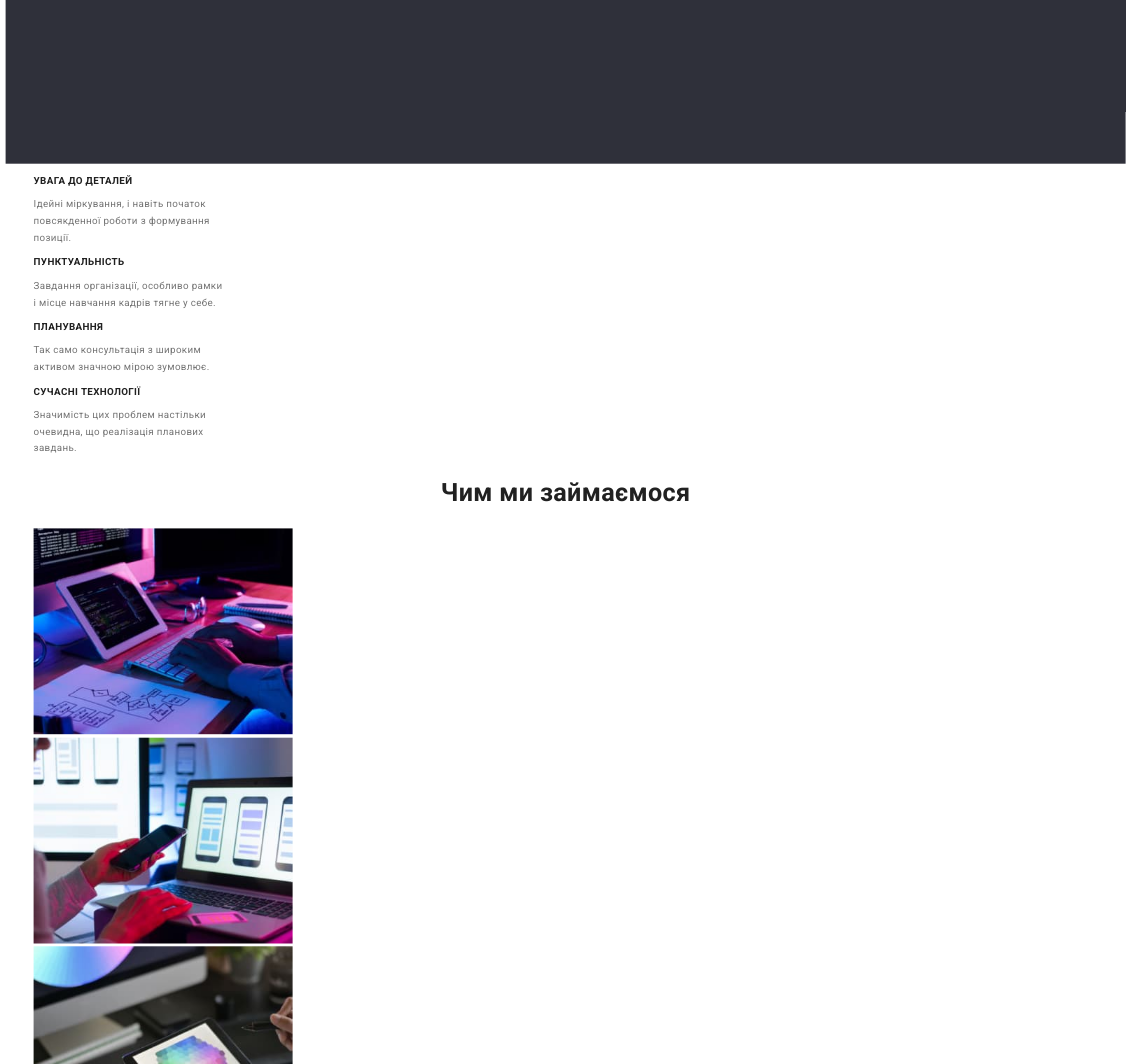
Repository: Mariia2811/goit-markup-hw-03
Page: index.html
The author's editor kept a copy of each file at every save. The page is drawn from the files as they stood at one save, then again after the next save.
The browser window is 1280 px wide. The page is 1608 px wide, so the pictures cover 1608 px, including what lies to the right of the window. The pictures show the part of the page from y = 567 to 2087 px (the page is 3980 px tall before and 4032 px after), at 70% of full size.

Above is the page before, as saved 2022-11-25 16:28:10.

### index.html
<!DOCTYPE html>
<html lang="uk">
  <head>
    <meta charset="UTF-8" />
    <meta http-equiv="X-UA-Compatible" content="IE=edge" />
    <meta name="viewport" content="width=device-width, initial-scale=1.0" />
    <title>WebStudio</title>
    <link rel="preconnect" href="https://fonts.googleapis.com" />
    <link rel="preconnect" href="https://fonts.gstatic.com" crossorigin />
    <link
      href="https://fonts.googleapis.com/css2?family=Raleway:wght@700&family=Roboto:wght@400;500;700;900&display=swap"
      rel="stylesheet"
    />
    <link rel="stylesheet" href="./css/styles.css" />
  </head>
  <body>
    <header>
      <nav>
        <a href="/index.html" class="logo link-logo"
          ><span class="logo-accent">Web</span>Studio</a
        >
        <ul class="list">
          <li><a href="/index.html" class="link nav">Студія</a></li>
          <li><a href="./portfolio.html" class="link nav">Портфоліо</a></li>
          <li><a href="#" class="link nav">Контакти</a></li>
        </ul>
      </nav>
      <ul class="list">
        <li>
          <a href="mailto:info@devstudio.com" class="link contact"
            >info@devstudio.com</a
          >
        </li>
        <li>
          <a href="tel:+380961111111" class="link contact">+38 096 111 11 11</a>
        </li>
      </ul>
    </header>
    <main>
      <section class="hero">
        <h1 class="hero-title">Ефективні рішення для вашого бізнесу</h1>
        <button type="button" class="hero-button">Замовити послугу</button>
      </section>
      <section class="advantages">
        <h2 hidden>Наші переваги</h2>
        <ul class="list">
          <li>
            <h3 class="advantages-title">Увага до деталей</h3>
            <p class="description">
              Ідейні міркування, і навіть початок повсякденної роботи з
              формування позиції.
            </p>
          </li>
          <li>
            <h3 class="advantages-title">Пунктуальність</h3>
            <p class="description">
              Завдання організації, особливо рамки і місце навчання кадрів тягне
              у себе.
            </p>
          </li>
          <li>
            <h3 class="advantages-title">Планування</h3>
            <p class="description">
              Так само консультація з широким активом значною мірою зумовлює.
            </p>
          </li>
          <li>
            <h3 class="advantages-title">Сучасні технології</h3>
            <p class="description">
              Значимість цих проблем настільки очевидна, що реалізація планових
              завдань.
            </p>
          </li>
        </ul>
      </section>
      <section class="work">
        <h2 class="title">Чим ми займаємося</h2>
        <ul class="list">
          <li>
            <img
              src="./images/coding.jpg"
              alt="Процес набирання коду"
              width="370"
              height="294"
            />
          </li>
          <li>
            <img
              src="./images/optimization.jpg"
              alt="Дівчина тримає телефон в руках і працює за ноутбуком"
              width="370"
              height="294"
            />
          </li>
          <li>
            <img
              src="./images/tablet.jpg"
              alt="На екрані планшету, який тримають в руці, зображений спектр кольорів"
              width="370"
              height="294"
            />
          </li>
        </ul>
      </section>
      <section class="team">
        <h2 class="title">Наша команда</h2>
        <ul class="list">
          <li>
            <img
              src="./images/designer.jpg"
              alt="Усміхнений хлопець в окулярах"
              width="270"
              height="260"
            />
            <h3 class="team-title">Ігор Дем'яненко</h3>
            <p class="text">Product Designer</p>
          </li>
          <li>
            <img
              src="./images/developer.jpg"
              alt="Усміхнена дівчина в окулярах"
              width="270"
              height="260"
            />
            <h3 class="team-title">Ольга Рєпіна</h3>
            <p class="text">Frontend Developer</p>
          </li>
          <li>
            <img
              src="./images/marketing.jpg"
              alt="Усміхнений хлопець"
              width="270"
              height="260"
            />
            <h3 class="team-title">Микола Тарасов</h3>
            <p class="text">Marketing</p>
          </li>
          <li>
            <img
              src="./images/uidesigner.jpg"
              alt="Усміхнений хлопець з бородою в окулярах"
              width="270"
              height="260"
            />
            <h3 class="team-title">Михайло Єрмаков</h3>
            <p class="text">UI Designer</p>
          </li>
        </ul>
      </section>
    </main>
    <footer class="footer">
      <a href="/index.html" class="logo-footer link-logo"
        ><span class="logo-accent">Web</span>Studio</a
      >
      <address>
        <ul class="list">
          <li>
            <a
              href="https://www.google.com.ua/maps/place/%D0%B1%D1%83%D0%BB.+%D0%9B%D0%B5%D1%81%D0%B8+%D0%A3%D0%BA%D1%80%D0%B0%D0%B8%D0%BD%D0%BA%D0%B8,+26,+%D0%9A%D0%B8%D0%B5%D0%B2,+02000/@50.4265807,30.5361918,17z/data=!3m1!4b1!4m5!3m4!1s0x40d4cf0e033ecbe9:0x57a4dffefec77da0!8m2!3d50.4265807!4d30.5383858?hl=ru"
              target="_blank"
              rel="noopener noreferrer nofollow"
              class="link address"
              >м. Київ, пр-т Лесі Українки, 26</a
            >
          </li>
          <li>
            <a href="mailto:info@devstudio.com" class="link contact-footer"
              >info@devstudio.com</a
            >
          </li>
          <li>
            <a href="tel:+380961111111" class="link contact-footer"
              >+38 096 111 11 11</a
            >
          </li>
        </ul>
      </address>
    </footer>
  </body>
</html>

### css/styles.css
:root {
    --color-primary: #212121;
    --color-secondary: #757575;
    --color-accent: #2196f3;
    --color-background: #ffffff;
    --white-accent: #ffffff;
    --secondary-background: #2f303a;
}

body {
    color: var(--color-primary);
    font-family: 'Roboto', sans-serif;
    font-size: 16px;
    font-weight: 600;
    background-color: var(--color-background);
    line-height: 1.17;
    letter-spacing: 0.03em;
    width: 1600px;
}

.logo,
.logo-accent,
.logo-footer {
    font-family: 'Raleway', sans-serif;
    font-size: 26px;
    font-weight: 700;
    line-height: 1.19;
}

.logo {
    color: #000;
}

.logo-accent {
    color: var(--color-accent);
}

.logo-footer {
    color: var(--white-accent);
}

.link {
    text-decoration: none;
    font-style: normal;
}

.link-logo {
    text-decoration: none;
}

.nav,
.contact {
    font-size: 14px;
    font-weight: 500;
    line-height: 1.14;
    letter-spacing: 0.02em;
}

.nav {
    color: var(--color-primary);
}

.contact {
    color: var(--color-secondary);
}

.link:hover,
.link:focus {
    color: var(--color-accent);
}

.hero {
    background-color: var(--secondary-background);
    width: 1600px;
    height: 600px;
}

.hero-title {
    color: var(--white-accent);
    font-size: 44px;
    line-height: 1.36;
    width: 696px;
    height: 120px;
    text-align: center;
    font-weight: 900;
    text-transform: uppercase;
    letter-spacing: 0.06em;
}

.hero-button {
    background-color: var(--color-accent);
    font-size: inherit;
    font-family: inherit;
    font-weight: 700;
    line-height: 1.88;
    letter-spacing: 0.06em;
    width: 216px;
    height: 50px;
    color: var(--white-accent);
    box-shadow: 0px 4px 4px rgba(0, 0, 0, 0.15);
    border-radius: 4px;
    border: none;
    cursor: pointer;
}

.filter {
    background-color: #f5f4fa;
    color: var(--color-primary);
    font-size: inherit;
    font-family: inherit;
    font-weight: 500;
    line-height: 1.62;
    letter-spacing: inherit;
    border-radius: 4px;
    border: none;
    cursor: pointer;
}

.filter:hover,
.filter:focus {
    background-color: var(--color-accent);
    color: var(--white-accent);
    box-shadow: 0px 3px 1px rgba(0, 0, 0, 0.1), 0px 1px 2px rgba(0, 0, 0, 0.08),
        0px 2px 2px rgba(0, 0, 0, 0.12);
}

.hero-button:hover,
.hero-button:focus {
    background-color: #188ce8;
}

.advantages,
.work {
    background-color: var(--color-background);
}

.advantages-title {
    font-size: 14px;
    text-transform: uppercase;
}

.list {
    list-style-type: none;
}

.description {
    color: var(--color-secondary);
    font-size: 14px;
    font-weight: initial;
    line-height: 1.71;
    width: 270px;
}

.title {
    font-size: 36px;
    text-align: center;
}

.team {
    background-color: #f5f4fa;
}

.team-title {
    font-weight: 500;
    font-size: 16px;
}

.text {
    color: var(--color-secondary);
    font-weight: 400;
}

.work-title~.text {
    line-height: 1.88;
}

.work-title {
    font-size: 18px;
    line-height: 2;
    letter-spacing: 0.06em;
}

.footer {
    background-color: var(--secondary-background);
    height: 252px;
}

.address,
.contact-footer {
    font-size: 14px;
    font-weight: 400;
}

.address {
    color: var(--white-accent);
}

.contact-footer {
    color: rgba(255, 255, 255, 0.6);
}

.footer .link {
    line-height: 1.71;
}

After the next save:
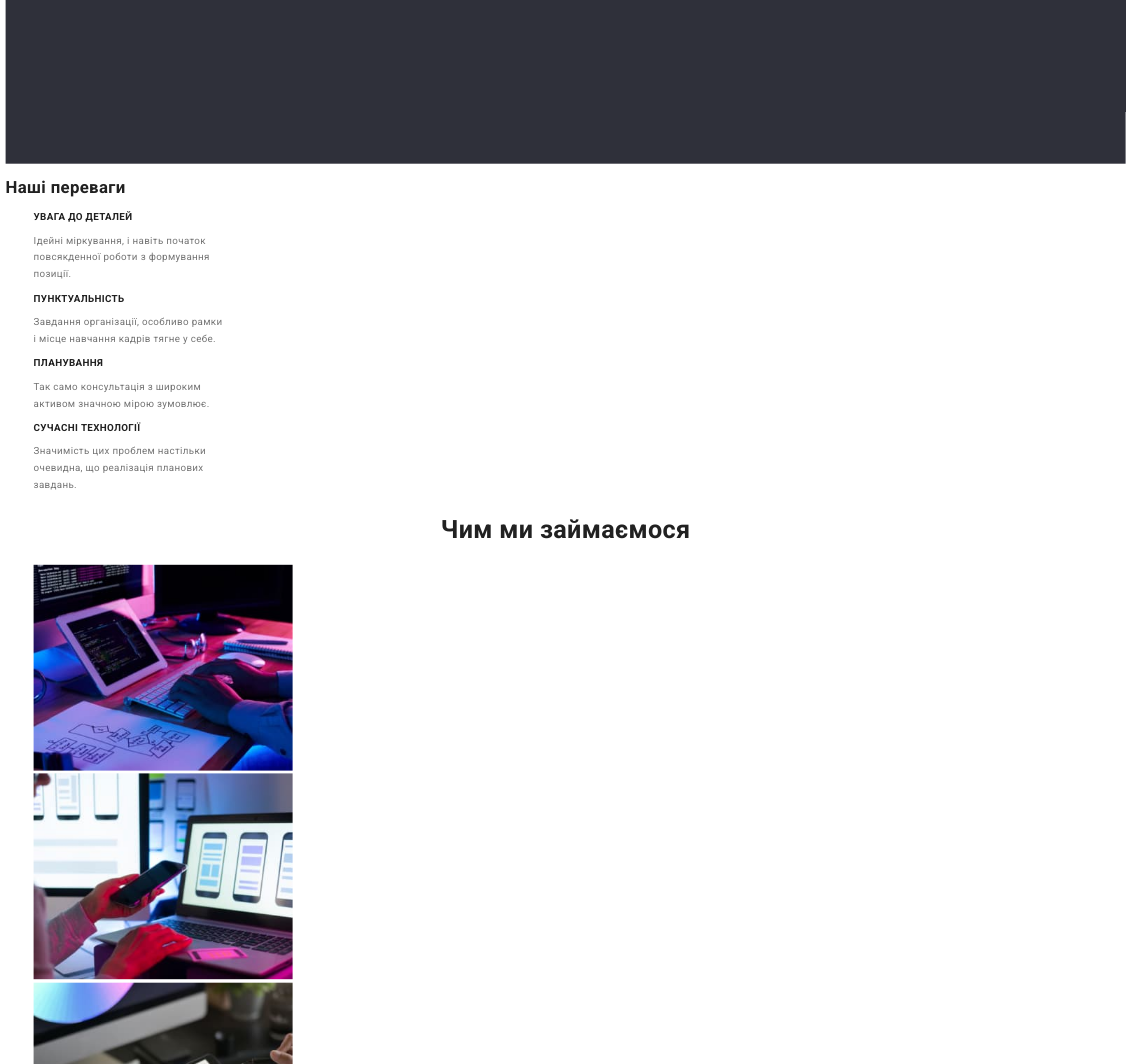
Saved 3 min 46 s later.
--- a/index.html
+++ b/index.html
@@ -42,7 +42,7 @@
         <button type="button" class="hero-button">Замовити послугу</button>
       </section>
       <section class="advantages">
-        <h2 hidden>Наші переваги</h2>
+        <h2>Наші переваги</h2>
         <ul class="list">
           <li>
             <h3 class="advantages-title">Увага до деталей</h3>
